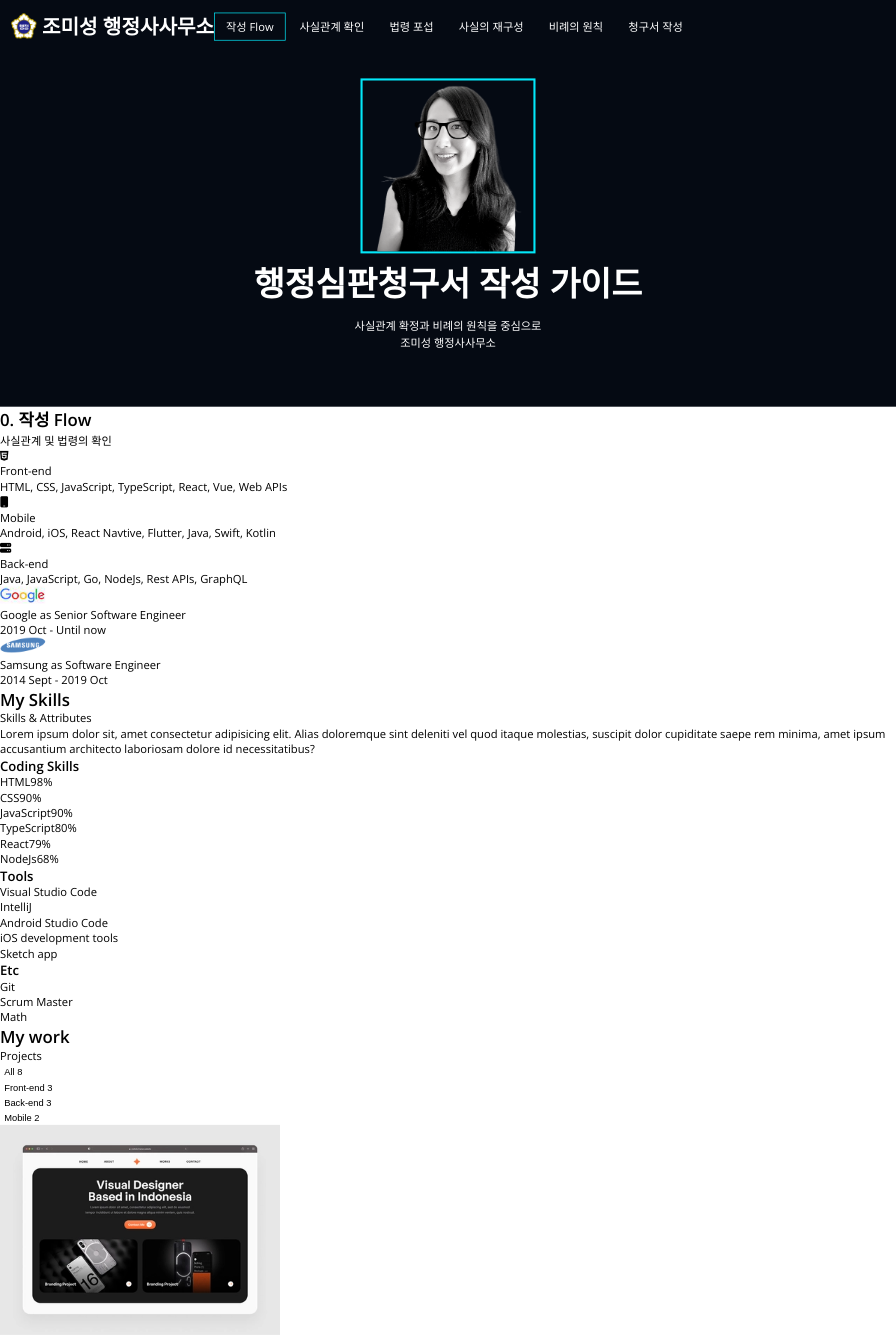
Repository: eggmoon/eggmoon_new
Page: index.html
These files come from the project's save history. The page is drawn as it stood at one moment and after the next save; the edit follows.
The browser window is 1280 px wide. The pictures show the part of the page from y = 0 to 1920 px (the page is 5584 px tall before and 5654 px after), at 70% of full size.
Some web libraries are served in a nearby version.

Above is the page before, as saved 2025-02-26 10:37:14.

After the next save:
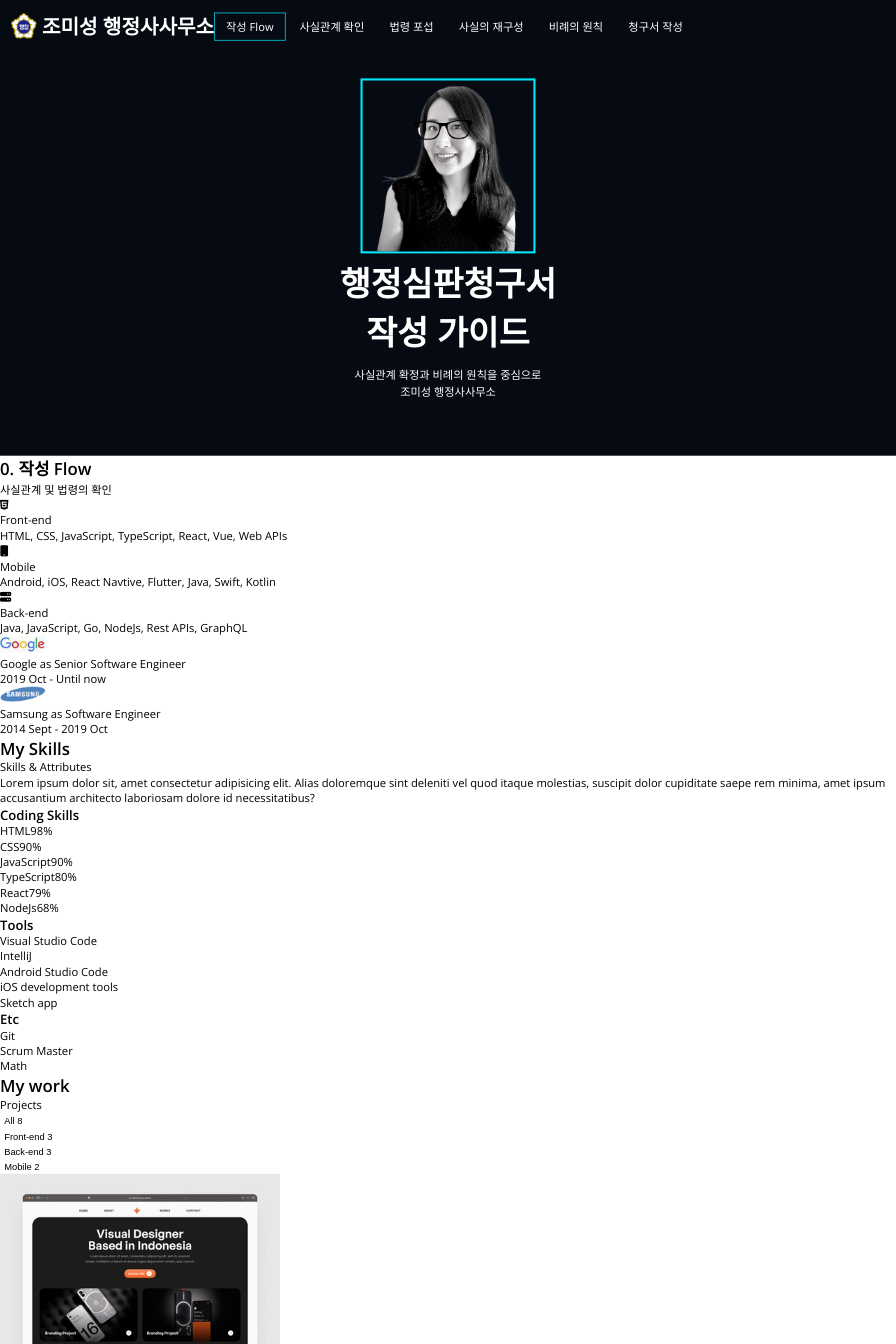
Saved 14 s later.
--- a/index.html
+++ b/index.html
@@ -58,7 +58,7 @@
       <!-- Home -->
       <section id="home">
         <img class="home__logo" src="images/profile.png" alt="Ellie's profile" />
-        <h2 class="home__title">행정심판청구서 작성 가이드</h2>
+        <h2 class="home__title">행정심판청구서 <br> 작성 가이드</h2>
         <p class="home__description">사실관계 확정과 비례의 원칙을 중심으로</p>
         <a class="home__contact" href="#contact">조미성 행정사사무소</a>
       </section>
